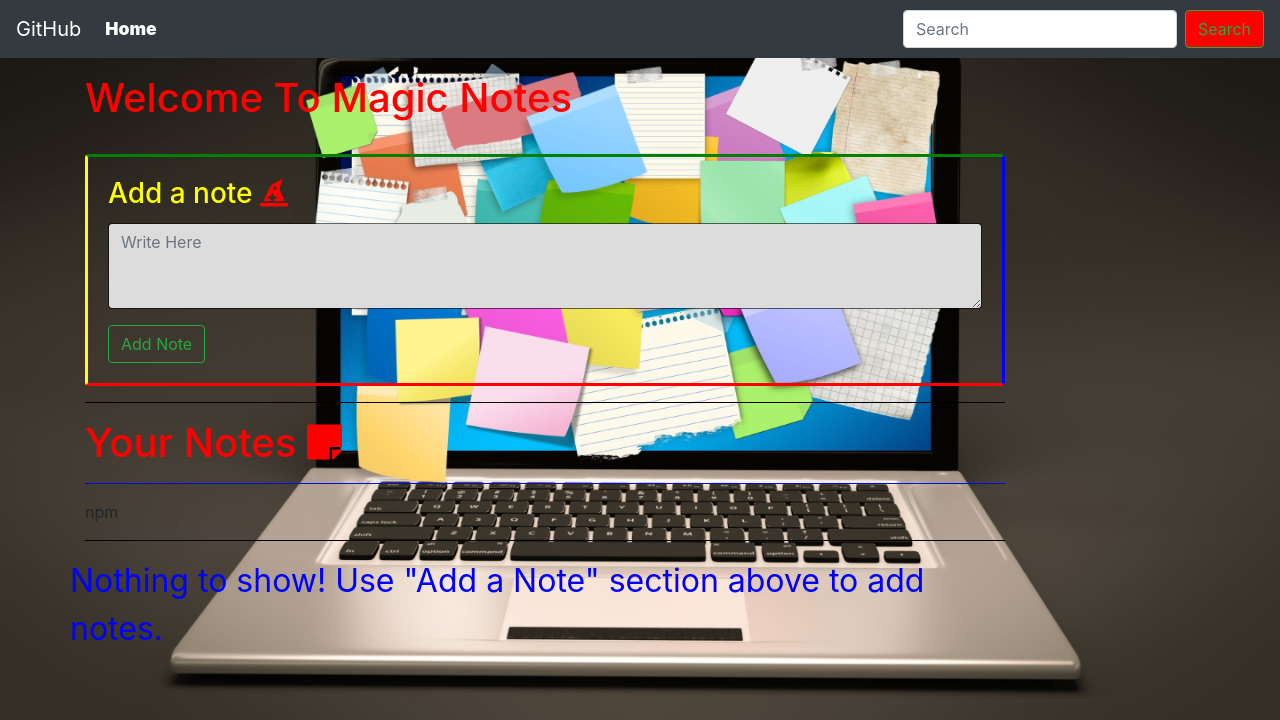
Repository: Prrajainn/Project-MagiCNotes
Page: magicNotes.html
The author's editor kept a copy of each file at every save. The page is drawn from the files as they stood at one save, then again after a run of saves.
The browser window is 1280 px wide. The pictures show the whole page.

Above is the page before, as saved 2020-08-11 21:21:07.

After the next 2 saves:
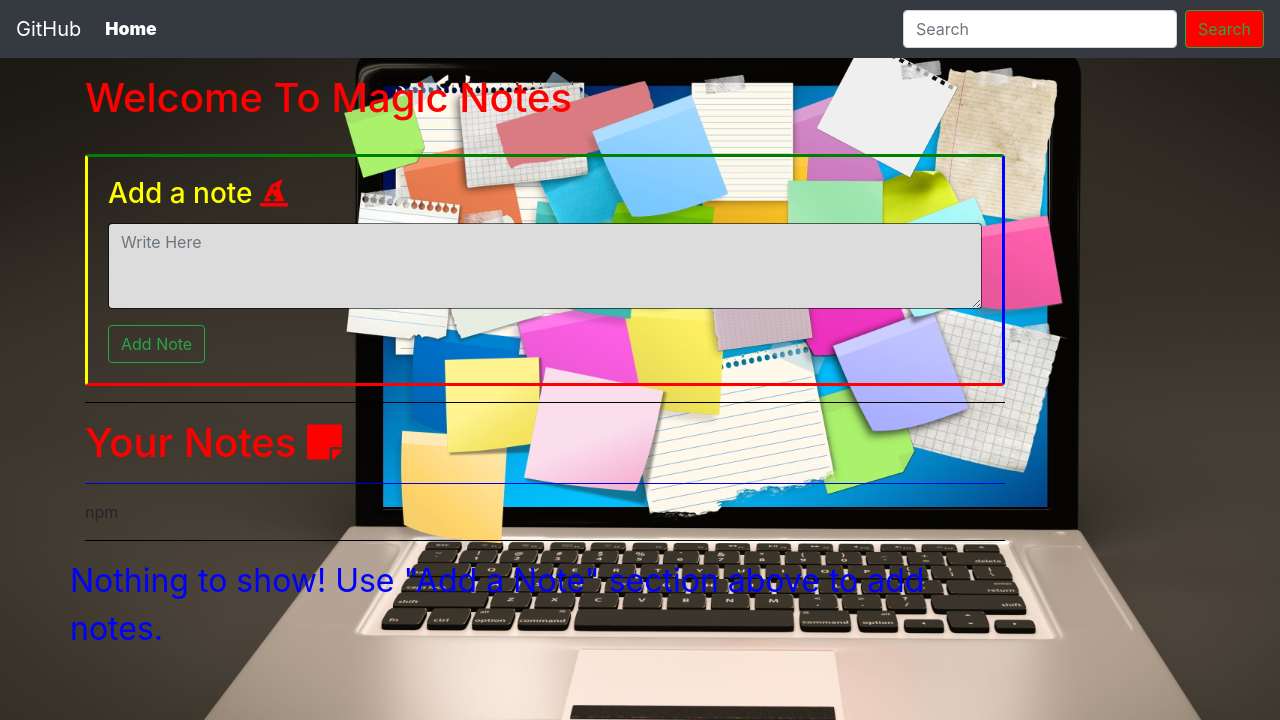
The 2 saves are shown as one change because they came seconds apart.
The last was saved 29 s later.
--- a/magicNotes.html
+++ b/magicNotes.html
@@ -19,7 +19,7 @@
       background-image: url("notes2.jpg");
 
       background-repeat: no-repeat;
-      background-size: cover;
+      background-size: ;
 
     }
   </style>
